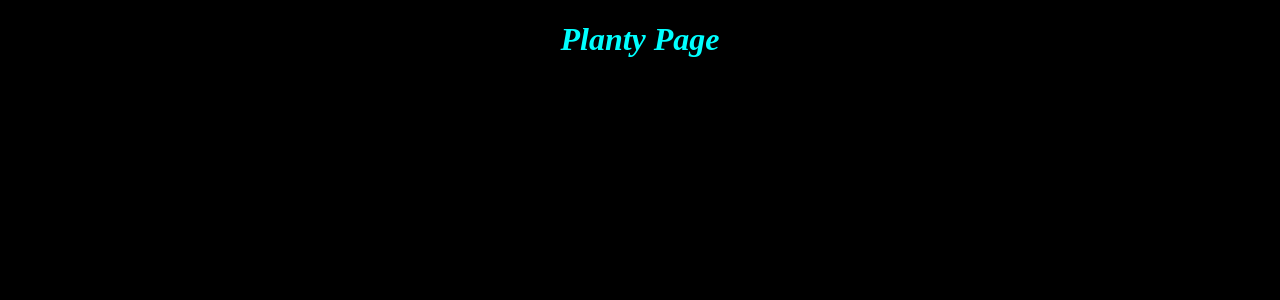
Repository: swillis91/odin-recipies
Page: Planty Page/index.html
These files come from the project's save history. The page is drawn as it stood at one moment and after the next save; the edit follows.
The browser window is 1280 px wide. The pictures show the whole page.

Above is the page before, as saved 2023-08-09 23:27:36.

### Planty Page/index.html
<!DOCTYPE html>
    <html>
        <head>
            <title>Planty Page- Home</title>
            <link href="style.css" rel="stylesheet"
        </head>
        <body>
            <h1>Planty Page</h1>
        </body>
    </html>

### Planty Page/style.css
body{
    background-color: black;
    color:aqua;
    text-align: center;
    font-family: fantasy;
    font-style: oblique;
}

After the next save:
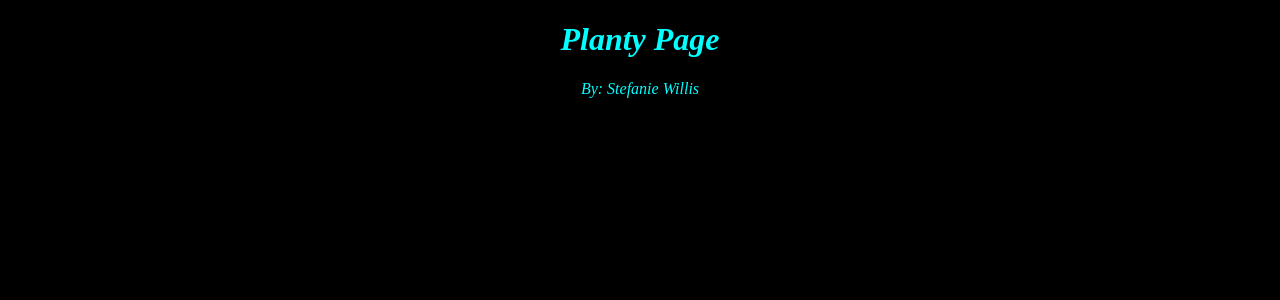
Saved 29 s later.
--- a/Planty Page/index.html
+++ b/Planty Page/index.html
@@ -6,5 +6,6 @@
         </head>
         <body>
             <h1>Planty Page</h1>
+            <p>By: Stefanie Willis</p>
         </body>
     </html>
